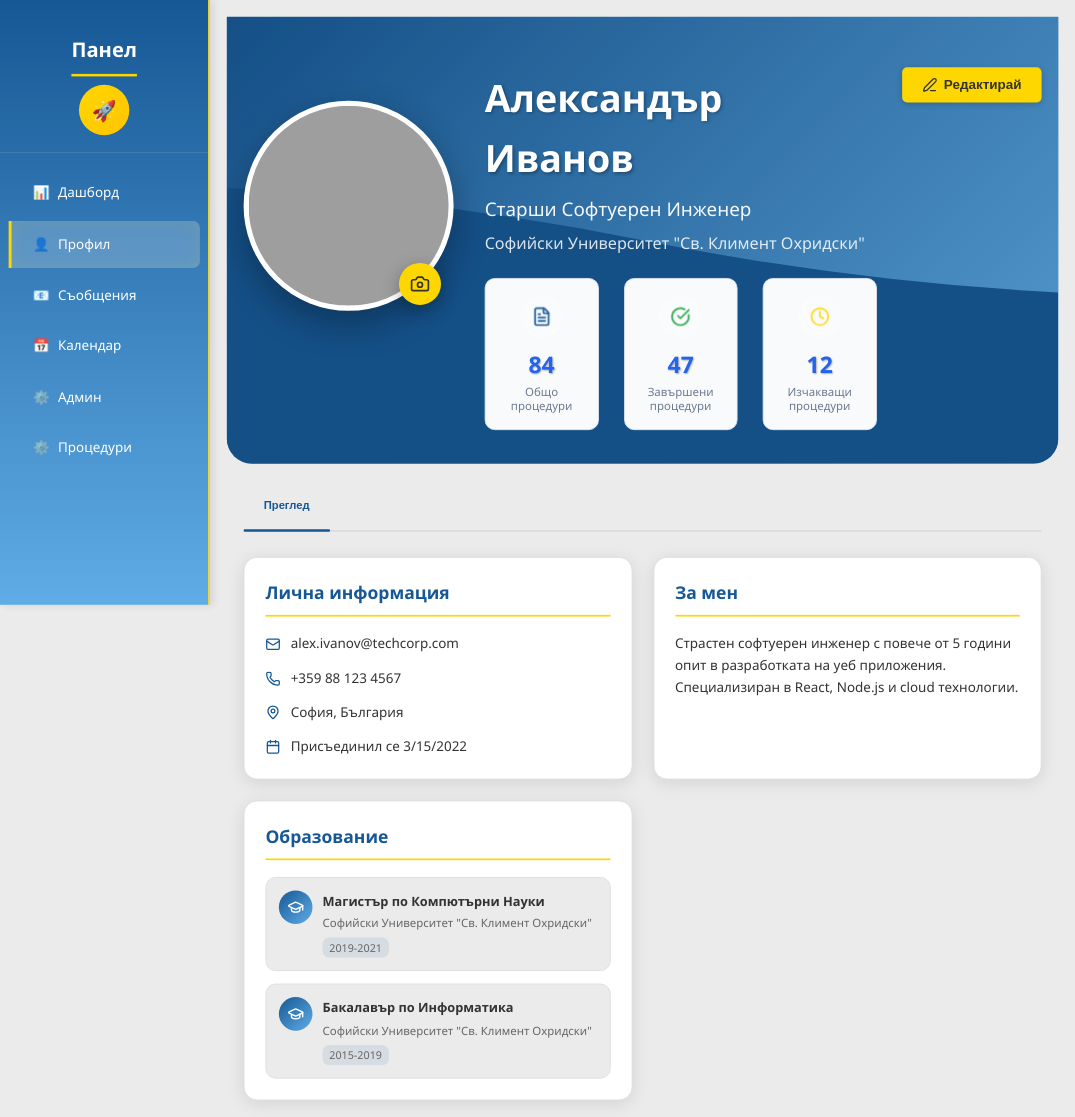
Repository: BorisSavianov/doxa-frontend
Page: /profile
The author's editor kept a copy of each file at every save. The page is drawn from the files as they stood at one save, then again after the next save.
The browser window is 1280 px wide. The pictures show the whole page, at 84% of full size.
Pictures or frames that could not be fetched are drawn as grey boxes. The project was rebuilt for these pictures with package versions that can differ from the ones it lists, and the page was loaded fresh each time. Also part of the build but not shown: vite.config.js, src/components/Layout/Header.jsx, src/pages/Dashboard.jsx, src/pages/Inbox.css, src/pages/Inbox.jsx, src/pages/Calendar.css, src/pages/Calendar.jsx, src/pages/Admin.jsx.

Above is the page before, as saved 2025-10-24 14:26:36.

After the next save:
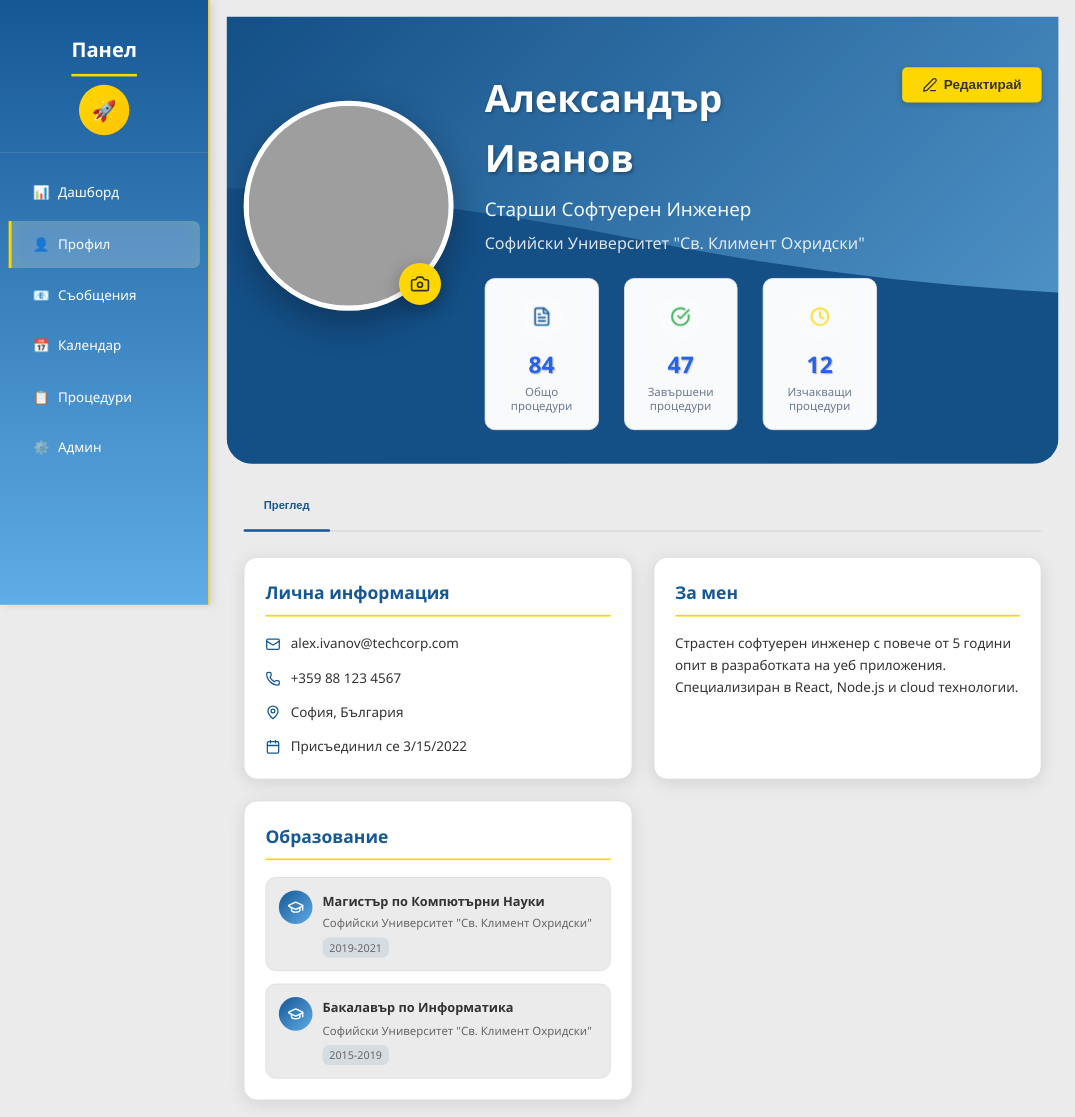
Saved 109 s later.
--- a/src/components/Layout/Sidebar.jsx
+++ b/src/components/Layout/Sidebar.jsx
@@ -10,8 +10,8 @@
     { path: '/profile', label: t('Профил', 'Profile'), icon: '👤' },
     { path: '/inbox', label: t('Съобщения', 'Inbox'), icon: '📧' },
     { path: '/calendar', label: t('Календар', 'Calendar'), icon: '📅' },
-    { path: '/admin', label: t('Админ', 'Admin'), icon: '⚙️' },
-    { path: '/procedures', label: t('Процедури', 'Admin'), icon: '⚙️' }
+    { path: '/procedures', label: t('Процедури', 'Procedures'), icon: '📋' }, // Променена иконка и етикет
+    { path: '/admin', label: t('Админ', 'Admin'), icon: '⚙️' }
   ]
 
   return (
